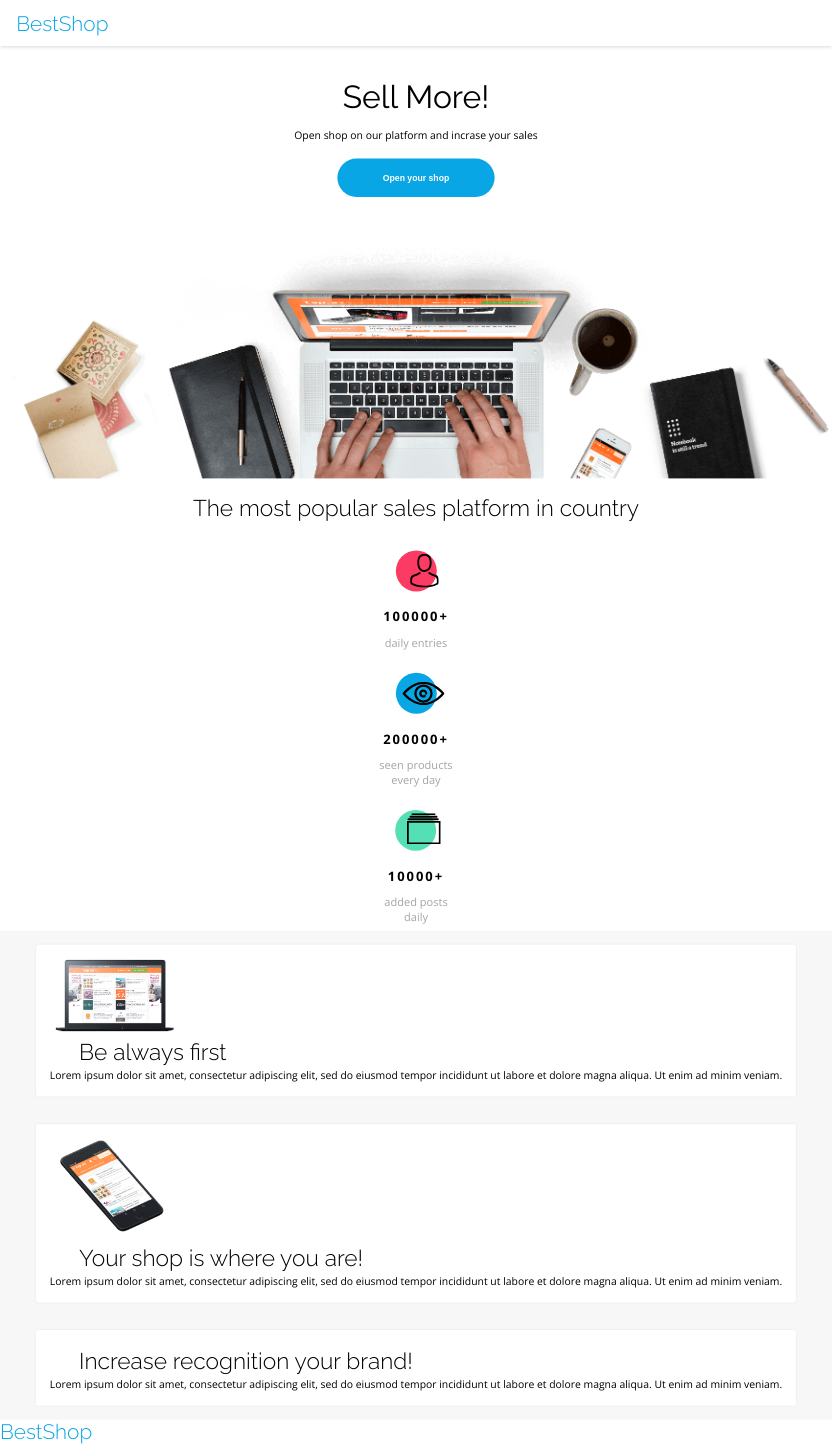
Repository: artwol993/BestShop
Page: index.html
These files come from the project's save history. The page is drawn as it stood at one moment and after the next save; the edit follows.
The browser window is 1280 px wide. The pictures show the whole page, at 65% of full size.
The style sheet was rebuilt from its Sass, Less or Tailwind sources for each picture, by a compiler version that may differ from the author's.

Above is the page before, as saved 2020-05-28 21:10:18.

### index.html
<!DOCTYPE html>
<html lang="en">
<head>
    <meta charset="UTF-8">
    <meta name="viewport" content="width=device-width, initial-scale=1.0">
    <title>BestShop[artwol993]</title>
    <link rel="stylesheet" href="css/main.css">
    <style>
        @import url('https://fonts.googleapis.com/css2?family=Open+Sans:wght@400;700&display=swap');
    </style>
    <style>
        @import url('https://fonts.googleapis.com/css2?family=Raleway:wght@300;400;700;800&display=swap');
    </style>
</head>
<body>
    <div class="main__container">
        <header>
            <div class="logo">BestShop</div>
            <nav class="nav">
                <!-- <button class="hamburger" aria-label="Menu">
                    <span class="hamburger__container" tabindex="-1">
                        <span class="hamburger__bars"></span>
                      </span>
                </button> -->
                <div class="side__menu">
                    <!-- <ul class="nav__list">
                        <li class="nav__list-item"><a href="" class="nav__link">why us</a></li>
                        <li class="nav__list-item"><a href="" class="nav__link">benefits</a></li>
                        <li class="nav__list-item"><a href="" class="nav__link">prices</a></li>
                        <li class="nav__list-item"><a href="" class="nav__link">contact</a></li>
                    </ul> -->
                </div>
            </nav>
        </header>

        <div class="content__container">
            <div class="main">

<!-- welcome-section -->

                <section class="welcome">
                    <div class="welcome__content">
                        <h1>Sell More!</h1>
                        <p>Open shop on our platform and incrase your sales</p>
                        <button class="main-btn">Open your shop</button>
                    </div>
                    <img src="/assets/Background.png" alt="notebook-picture" class="welcome__picture">
                </section>

<!-- stats-section -->

                <section class="stats">
                    <h2>The most popular sales platform in country</h2>
                    <div class="stats__container">
                        <div class="stats__bin">
                            <div class="stats__circle-person"></div>
                            <img src="./assets/Person.svg" alt="person-contour" class="stats__img-person">
                            <span>100000+</span>
                            <p>daily entries</p>
                        </div>
                        <div class="stats__bin">
                            <div class="stats__circle-eye"></div>
                            <img src="./assets/Eye.svg" alt="person-contour" class="stats__img-eye">
                            <span>200000+</span>
                            <p>seen products<br> every day</p>
                        </div>
                        <div class="stats__bin">
                            <div class="stats__circle-catalog"></div>
                            <img src="./assets/Catalog.svg" alt="person-contour" class="stats__img-catalog">
                            <span>10000+</span>
                            <p>added posts <br> daily</p>
                        </div>
                    </div>
                </section>

<!-- profits-section -->

                <section class="profits">
                    <div class="profits__container">
                        <div class="profits__box">
                            <img src="/assets/Macbook.png" alt="notebook-picture" class="notebook-picture">
                            <h2>Be always first</h2>
                            <p>Lorem ipsum dolor sit amet, consectetur adipiscing elit, sed do eiusmod tempor incididunt ut labore et dolore magna aliqua. Ut enim ad minim veniam.</p>
                        </div>
                        <div class="profits__box">
                            <img src="/assets/iPhone.png" alt="phone-picture" class="phone-picture">
                            <h2>Your shop is where you are!</h2>
                            <p>Lorem ipsum dolor sit amet, consectetur adipiscing elit, sed do eiusmod tempor incididunt ut labore et dolore magna aliqua. Ut enim ad minim veniam.</p>
                        </div>
                        <div class="profits__box">
                            <div class="proftis__box-third">
                                <h2>Increase recognition your brand!</h2>
                                <p>Lorem ipsum dolor sit amet, consectetur adipiscing elit, sed do eiusmod tempor incididunt ut labore et dolore magna aliqua. Ut enim ad minim veniam.</p>
                            </div>
                            <div class="proftis__box-third"></div>
                        </div>

                    </div>
                </section>

<!-- pricing-section -->

                <section class="pricing"></section>

<!-- contact-section -->

                <section class="contact"></section>
            </div>
        </div>

        <footer>
            <div class="logo">BestShop</div>
            <div class="footer-icon"></div>
            <div class="footer-icon"></div>
        </footer>
    </div>
</body>
</html>

### scss/main.scss
    $c-primary-first: #08a6e4;
    $c-primary-second: #fb3b64;
    $c-primary-third: #55dfb4;
    $c-black: #000000;
    $c-white: #ffffff;
    $c-background: #f7f7f7;
    $c-details: #a5a5a5;
    $c-shadow: #00000029;
    $f-h: 'Raleway', sans-serif;
    $f-p: 'Open Sans', sans-serif;
    $fw-light: 300;
    $fw-normal: 400;
    $fw-bold: 700;
    $fw-black: 800;

/*reset*/

  * {
      margin: 0;
      padding: 0;
      box-sizing: border-box;
  }

  /* fonts */

  a, p, ul, span {
    font-family: $f-p;
  }

  h1 {
    font-size: 3.063rem;
    font-weight: $fw-normal;
    font-family: $f-h;
    color: $c-black;
  }

  h2 {
    font-size: 2.188rem;
    font-weight: $fw-light;
    margin: 5px 45px;
    font-family: $f-h;
    color: $c-black;
  }

  h3 {
    font-size: 1.25rem;
    font-weight: $fw-bold;
    margin: 5px;
    font-family: $f-h;
    color: $c-black;
  }

  .logo {
    font-size: 2rem;
    font-weight: $fw-light;
    font-family: $f-h;
    color: $c-primary-first;
    text-decoration: none;
    cursor: pointer;
  }

  .body {
      width: 100vh;
  }
  /*header*/
  header {
      height: 70px;
      display: flex;
      align-items: center;
      justify-content: space-between;
      padding: 0 25px;
      box-shadow: 0px 3px 6px $c-shadow;
  }

//   .hamburger {
//     margin: 0;
//     padding: 0;
//     border: 0;
//     background-color: transparent;
//     cursor: pointer;
//     &:focus {
//         & > .hamburger__container {
//           	box-shadow: 0 0 2px 2px #51a7e8;
//         }
//     }
//   }

//   .hamburger__container {
//     display: flex;
//     align-items: center;
//     position: relative;
//     width: 35px;
//     height: 30px;
//   }

//   .hamburger__bars {
//     position: absolute;
//     width: 35px;
//     height: 2px;
//     background-color: #000;
//     transition: transform 220ms ease-in-out;
//     &:before, &:after {
//         display: block;
//         position: absolute;
//         width: 35px;
//         height: 2px;
//         background-color: #000;
//         content: '';
//     }
//     &:before {
//         top: -12px;
//         transition: top 100ms 250ms ease-in, transform 220ms ease-in-out;
//     }
//     &:after {
//         bottom: -12px;
//         transition: bottom 100ms 250ms ease-in,
//           			transform 220ms ease-in-out;
//     }
//   }

//   .hamburger--active {
//     .hamburger__bars {
//         transform: rotate(225deg);
//         transition: transform 220ms 120ms ease-in-out;
//         &:before {
//             top: 0;
//             transition: top 100ms ease-out;
//         }
//         &:after {
//             bottom: 0;
//             transform: rotate(-90deg);
//             transition: bottom 100ms ease-out,
//             		  	transform 220ms 120ms ease-in-out;
//         }
//     }
// }

//   .hamburger, .hamburger__container {
//     &:focus {
//       	outline: none;
//   	}
//   }

//   .side__menu {
//     display: flex;
//     box-sizing: border-box;
//     position: absolute;
//     height: 70%;
//     width: 200px;
//     top: 70px;
//     right: -300px;
//     padding: 0;
//     background-color: red;
//     transition: 0.3s transform ease-in-out;
//   }

//   .side__menu ul {
//     position: absolute;
//     display: flex;
//     flex-direction: column;
//     box-sizing: border-box;
//     height: calc(100% - 70px);
//     flex-wrap: wrap;
//     margin: 0 10px;
//     padding: 0;
//     list-style-type: none;
//     align-content: flex-start;
//   }

//   .side-__menu ul li {
//     display: flex;
//     flex-direction: column;
//     height: 30px;
//     background: $c-primary-second;
//     flex-basis: 100%;
//     margin-top: 70px;
//     color: #696e9e;
//     border-radius: 5px;
//     overflow: hidden;
//   }

//   .side__menu ul li a {
//     display: flex;
//     padding: 10px;
//     align-items: center;
//     width: 100%;
//     height: 100%;
//     background: $c-primary-third;
//     text-decoration: none;
//     box-sizing: border-box;
//   }

//   .hamburger:focus ~ .side__menu, .side__menu:hover {
//     transform: translateX(-300px);
//   }

.nav__list {
  display: flex;
  justify-content: space-around;
  align-items: center;
}

.nav__list-item {
  // padding: 10px;
  list-style: none;
  // margin-right: 50px;
}

.nav__link {
  color: $c-details;
  font-weight: $fw-bold;
  text-decoration: none;
  text-transform: uppercase;
  font-size: 11px;

  &:hover {
    color: $c-black;
    border-bottom: solid 3px $c-primary-first;
    padding-bottom: 23px;
  }
}

/*content*/

.content__container {
  // width: calc(100% - 20%);
  // background: pink;
  display: flex;
  align-items: center;
  justify-content: center;
}

// .main {
//   background: blue;
// }

.welcome {
  display: flex;
  flex-direction: column;
  align-items: center;

}

.welcome__content {
  margin: 50px 10px;
  display: flex;
  flex-direction: column;
  align-items: center;
}

.welcome__content p {
  text-align: center;
  margin-top: 20px;
}

.main-btn {
  margin-top: 25px;
  padding: 22px 70px;
  border-radius: 40px;
  font-weight: 800;
  border: none;
  text-align: center;
  text-decoration: none;
  background: $c-primary-first;
  color: $c-white;
}

.welcome__picture {
  width: 100%;
  height: auto;
  margin-bottom: 20px;
  object-position: center;

}

// stats-section

.stats h2 {
  text-align: center;
}

.stats__container {
  display: flex;
  flex-direction: column;
  align-items: center;
  margin: 10px 0;
}

.stats__bin {
  margin-top: 25px;
  display: flex;
  flex-direction: column;
  align-items: center;
}

div[class*="stats__circle"] {
  width: 63px;
  height: 63px;
  border-radius: 50%;
  position: relative;
  margin: 10px 0;
}

.stats__circle-person {
  background: $c-primary-second;
}
.stats__circle-eye {
  background: $c-primary-first;
}

.stats__circle-catalog {
  background: $c-primary-third;
}

img[class*="stats__img"] {
  position: absolute;
}

.stats__img-person {
  margin-top: 15px;
  margin-left: 25px;
}

.stats__img-eye {
  width: 65px;
  margin-top: 24px;
  margin-left: 23px;
}

.stats__img-catalog {
  margin-top: 15px;
  margin-left: 25px;
}

.stats__bin span {
  font-size: 20px;
  font-weight: $fw-bold;
  margin-top: 15px;
  letter-spacing: 3px;
}

.stats__bin p {
  margin-top: 15px;
  font-size: 17px;
  font-weight: $fw-normal;
  color: $c-details;
  text-align: center;
}

/*profits-section*/

.profits__container {
  display: flex;
  flex-direction: column;
  align-items: center;
  background: $c-background;
}

.profits__box {
  margin: 20px 30px;
  padding: 22px;
  background: $c-white;
  border-radius: 5px;
  border: solid 1px #E8E9ED;

}

.profits__box img {
  width: 200px;
  height: auto;
}

After the next save:
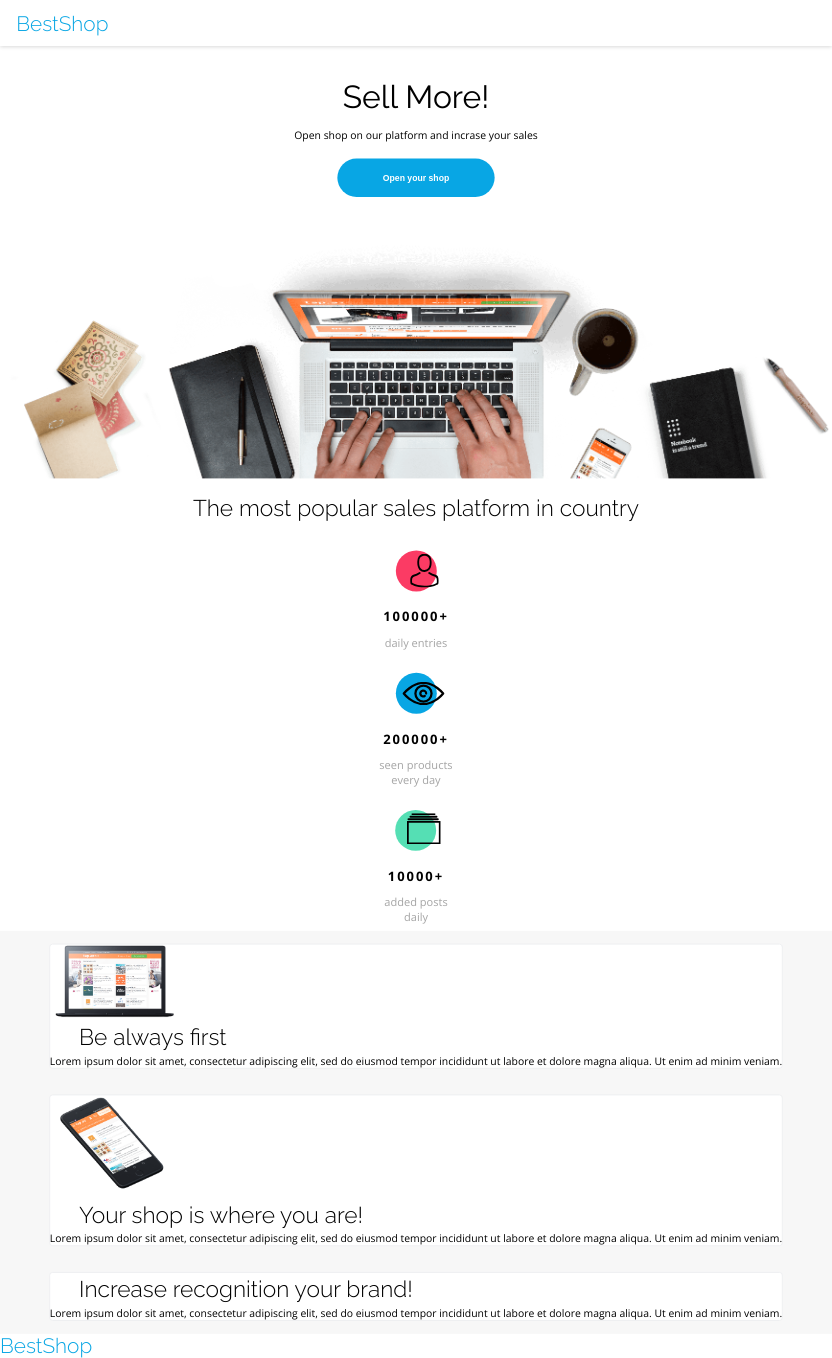
Saved 20 s later.
--- a/scss/main.scss
+++ b/scss/main.scss
@@ -358,7 +358,6 @@
 
 .profits__box {
   margin: 20px 30px;
-  padding: 22px;
   background: $c-white;
   border-radius: 5px;
   border: solid 1px #E8E9ED;
